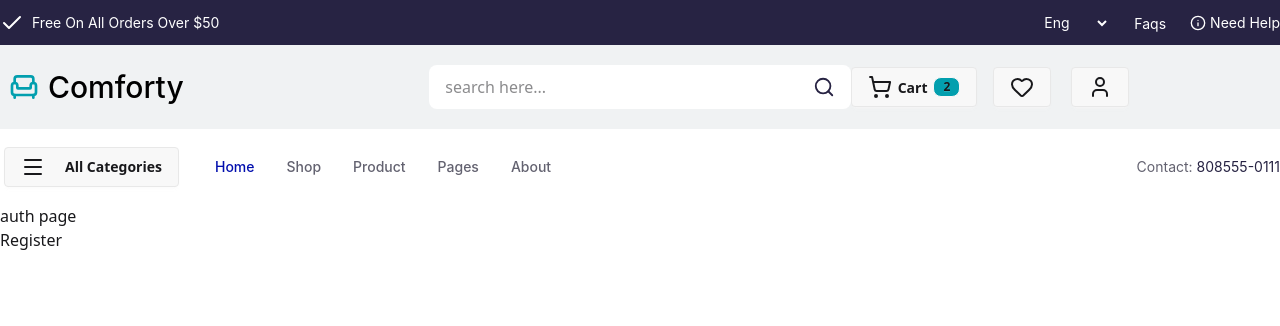
Repository: Neda0o0/store-template-website
Page: /auth/register
These files come from the project's save history. The page is drawn as it stood at one moment and after the next save; the edit follows.
The browser window is 1280 px wide. The pictures show the whole page.
The project was rebuilt for these pictures with package versions that can differ from the ones it lists, and the page was loaded fresh each time. Also part of the build but not shown: vite.config.js, src/components/Banner/Banner.jsx, src/components/Delivery/Delivery.jsx, src/components/Brand/Brand.jsx, src/components/SectionTitle/SectionTitle.jsx, src/components/Features/Features.jsx, src/components/Categories/Categories.jsx, src/components/Product/Product.jsx and 6 more.

Above is the page before, as saved 2025-10-27 13:46:44.

After the next save:
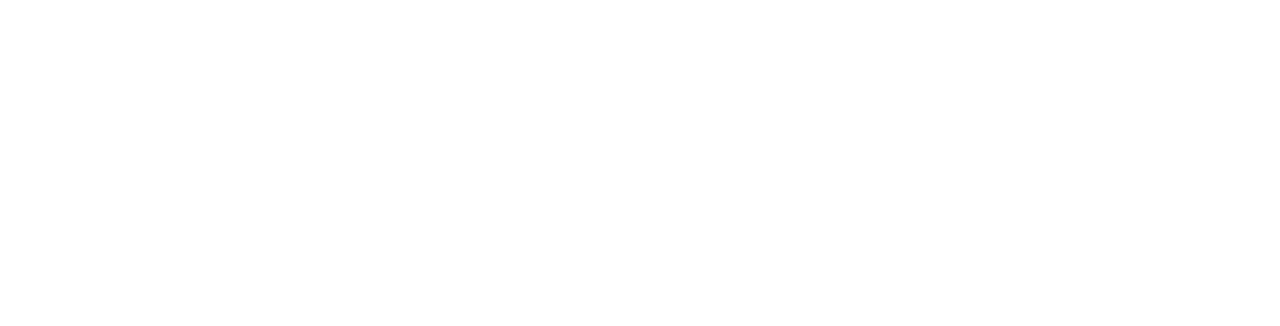
Console error: ReferenceError: Link is not defined
Saved 5 min 27 s later.
--- a/src/components/Footer/Footer.jsx
+++ b/src/components/Footer/Footer.jsx
@@ -2,6 +2,19 @@ const Footer = () => {
   return (
     <footer>
       <div className="footer_top"></div>
+      <div className="footer_bottom">
+        <div className="lg:container mx-auto">
+          {/* logo wrapper */}
+          <div className="logo_wrapper">
+            <Link
+              to="/"
+              className="text-3xl text-black font-inter font-medium capitalize flex items-center gap-2"
+            >
+              <Armchair size="2rem" color="#029fae" /> Comforty
+            </Link>
+          </div>
+        </div>
+      </div>
     </footer>
   );
 };

After the save that followed:
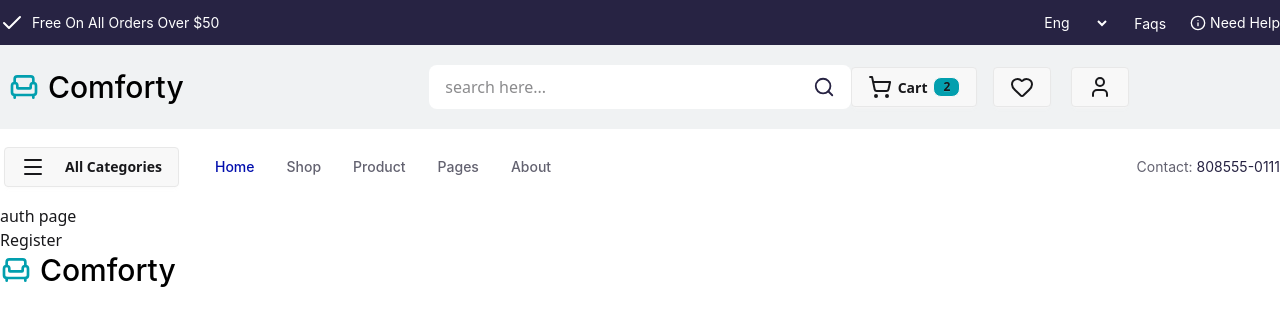
The error is gone.
Saved 37 s later.
--- a/src/components/Footer/Footer.jsx
+++ b/src/components/Footer/Footer.jsx
@@ -1,3 +1,6 @@
+import { Armchair } from "lucide-react";
+import { Link } from "react-router";
+
 const Footer = () => {
   return (
     <footer>
